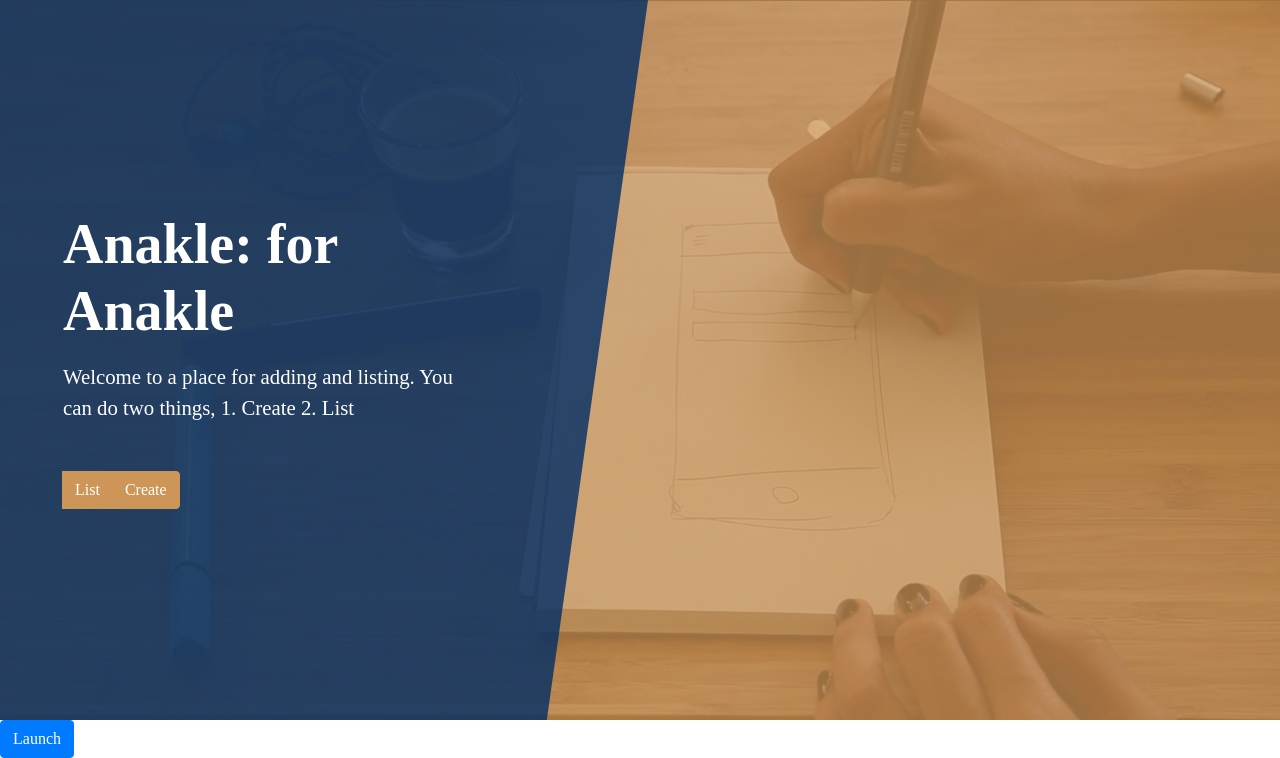
Repository: Guruscode/mega-list
Page: http://localhost/
The author's editor kept a copy of each file at every save. The page is drawn from the files as they stood at one save, then again after the next save.
The browser window is 1280 px wide. The pictures show the whole page.
After loading, the first visible `a.pull-right` was clicked once.
Some web fonts or font styles are not loaded; a fallback is used. The page is run by PHP 8.4 with error messages shown; the project is at /var/www/html/.

Above is the page before, as saved 2018-02-22 16:14:07.
Console error: TypeError: Cannot read properties of undefined (reading 'fn')

### index.php
<!DOCTYPE html>
<html lang="en">
<head>
    <meta charset="UTF-8">
    <meta name="viewport" content="width=device-width, initial-scale=1.0">
    <meta http-equiv="X-UA-Compatible" content="ie=edge">

    <link rel="stylesheet" href="css/bootstrap.min.css">
    <link href="css/welcome.min.css" rel="stylesheet">
    <link href="https://fonts.googleapis.com/css?family=Source+Sans+Pro:200,200i,300,300i,400,400i,600,600i,700,700i,900,900i" rel="stylesheet">
    <link href="https://fonts.googleapis.com/css?family=Merriweather:300,300i,400,400i,700,700i,900,900i" rel="stylesheet">
    <link href="vendor/font-awesome/css/font-awesome.min.css" rel="stylesheet">
    <title>Anakle: For Anakle</title>
</head>
<body>

        <div class="overlay"></div>

        <div class="masthead">
        <div class="masthead-bg"></div>
        <div class="container h-100">
            <div class="row h-100">
            <div class="col-12 my-auto">
                <div class="masthead-content text-white py-5 py-md-0">
                <h1 class="mb-3">Anakle: for Anakle</h1>
                <p class="mb-5">Welcome to a place for adding and listing. You can do two things, 1. Create 2. List</p>
                <div class="input-group input-group-newsletter">

                    <div class="input-group-append">
                    <a class="btn btn-secondary pull-left">List</a>
                    <a onclick="checklogin()"  class="btn btn-secondary pull-right">Create</a>
                    </div>
                </div>
                </div>
            </div>
            </div>
        </div>
        </div>

<!-- login register modal starts-->


<!-- Button trigger modal -->
<button type="button" class="btn btn-primary" id="register_modal" data-toggle="modal" data-target="#exampleModalCenter">
  Launch
</button>

<!-- Modal -->
<div class="modal fade" id="exampleModalCenter" tabindex="-1" role="dialog" aria-labelledby="exampleModalCenterTitle" aria-hidden="true">
  <div class="modal-dialog modal-dialog-centered" role="document">
    <div class="modal-content">
      <div class="modal-header">
        <h5 class="modal-title" id="exampleModalLongTitle">Modal title</h5>
        <button type="button" class="close" data-dismiss="modal" aria-label="Close">
          <span aria-hidden="true">&times;</span>
        </button>
      </div>
      <div class="modal-body">
        ...
      </div>
      <div class="modal-footer">
        <button type="button" class="btn btn-secondary" data-dismiss="modal">Close</button>
        <button type="button" class="btn btn-primary">Save changes</button>
      </div>
    </div>
  </div>
</div>

<!-- Login Register Modal Ends -->

<script src="js/bootstrap.min.js"></script>
<script src="js/jquery-3.3.1.min.js"></script>
<script src="js/bootstrap.bundle.min.js"></script>
<script src="js/jquery.vide.min.js"></script>
<script src="js/welcome.min.js"></script>

<script>

    function checklogin(){
        console.log('hj');
        //ajax function to check if user is logged in,
        //if yes, display add form,
        //if no, display login/signup form

        $.ajax('checkuserlogin.php', {
            data: {
                id: null
            }
        })
        .then(
            function success(response) {
                if(response == 'yes'){
                    console.log('display add form');
                    $('#register_modal').click();
                }else{
                    console.log('display login form');
                }

                console.log(response);
            },

            function fail(data, status) {
                alert(status);
            }
        );

    }

</script>

</body>
</html>

### checkuserlogin.php
<?php

require_once("__autoload.php");

$session =  new Session;

if($session->checkUser()){

    echo "yes";

}else{

    echo "no";

}

### __autoload.php
<?php
/**
* Simple Autoload file to get all needed files in the lib folder
* File should follow the naming convention,
* [name].lib.php
*
* @author Seyi Onifade <xyluz@ymail.com>
* @copyright xyluz
* @license GNU GENERAL PUBLIC LICENSE Version 3
*/

spl_autoload_register(function ($class_name) {
    include 'lib/' .$class_name . '.lib.php';
});

### lib/session.lib.php
<?php

/**
* Basic Session Class to Take care of all database logic
*
*
* fetch() methods stores result set in an array
* MySQL connection is closed with destruct method.
*
* @author Seyi Onifade <xyluz@ymail.com>
* @copyright xyluz
* @license GNU GENERAL PUBLIC LICENSE Version 3
*/

class Session extends Database {

    protected $isLogged = false;



    public function __construct() {

       session_start();

    }

    public function checkUser(){

        if(isset($_SESSION['loggedIn'])){

            $this->isLogged = true;

        }

        return $this->isLogged;

    }

    public function login($id){

        $_SESSION['loggedIn'] = $id;

    }

    public function logout(){

        unset($_SESSION['loggedIn']);
        session_destroy();

    }



}

### lib/Database.lib.php
<?php


class Database  {

    protected $dbuser = 'root';
    protected $dbpass = 'root';
    protected $dbname = 'anakle';
    protected $dbport = 3306;
    protected $dbhost = 'localhost';
    protected $db;

    function __construct() {



        if (mysqli_connect_errno()) {
            echo "Database error " . mysqli_connect_error();

        }

    }

    public function connection(){

        $this->db = mysqli_connect($this->dbhost, $this->dbuser, $$this->dbpass, $$this->dbname);

    }

    public function index(){
        echo "I am inside database";
    }

    public function query(){



    }

    public function sort(){


    }

}

Loaded but not shown: css/bootstrap.min.css (library); css/welcome.min.css (common file); js/bootstrap.min.js (library); js/jquery-3.3.1.min.js (library); js/bootstrap.bundle.min.js (library); js/jquery.vide.min.js (library); js/welcome.min.js (common file)

After the next save:
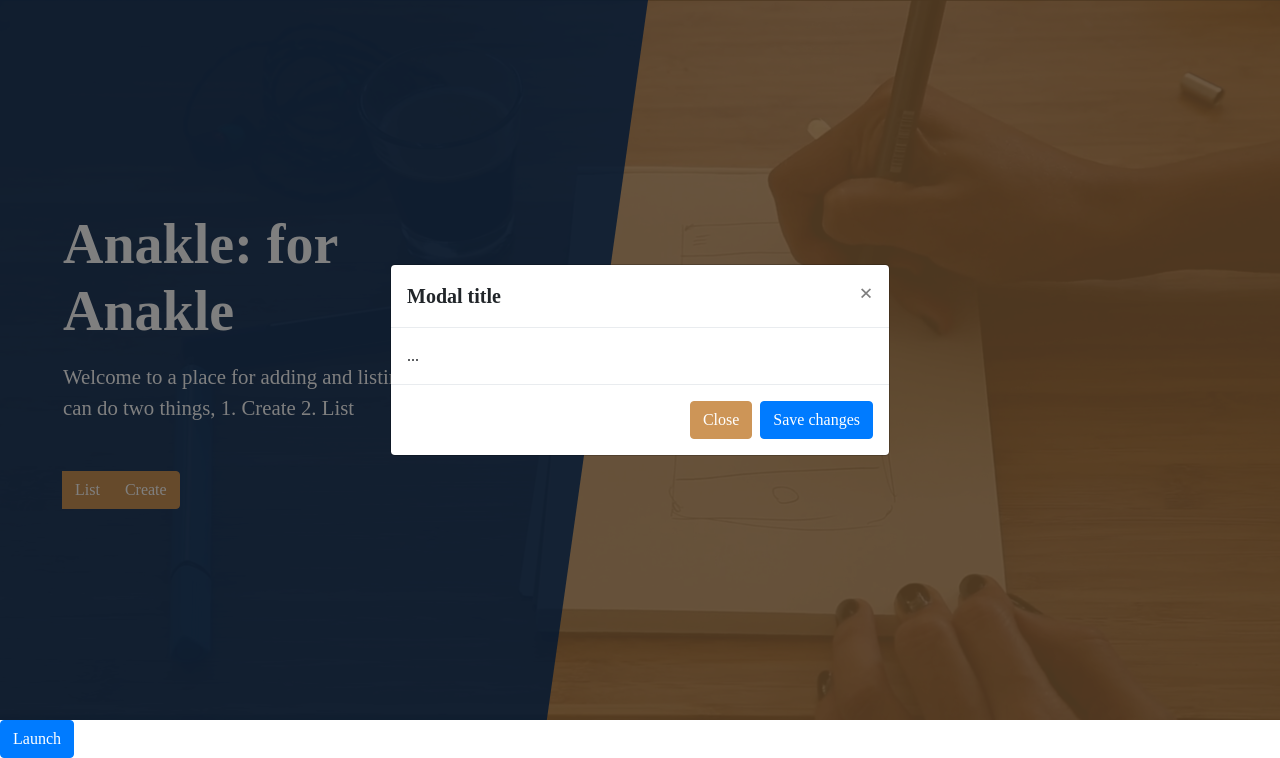
Saved 15 s later.
--- a/index.php
+++ b/index.php
@@ -94,6 +94,7 @@
                     $('#register_modal').click();
                 }else{
                     console.log('display login form');
+                    $('#register_modal').click();
                 }
 
                 console.log(response);
